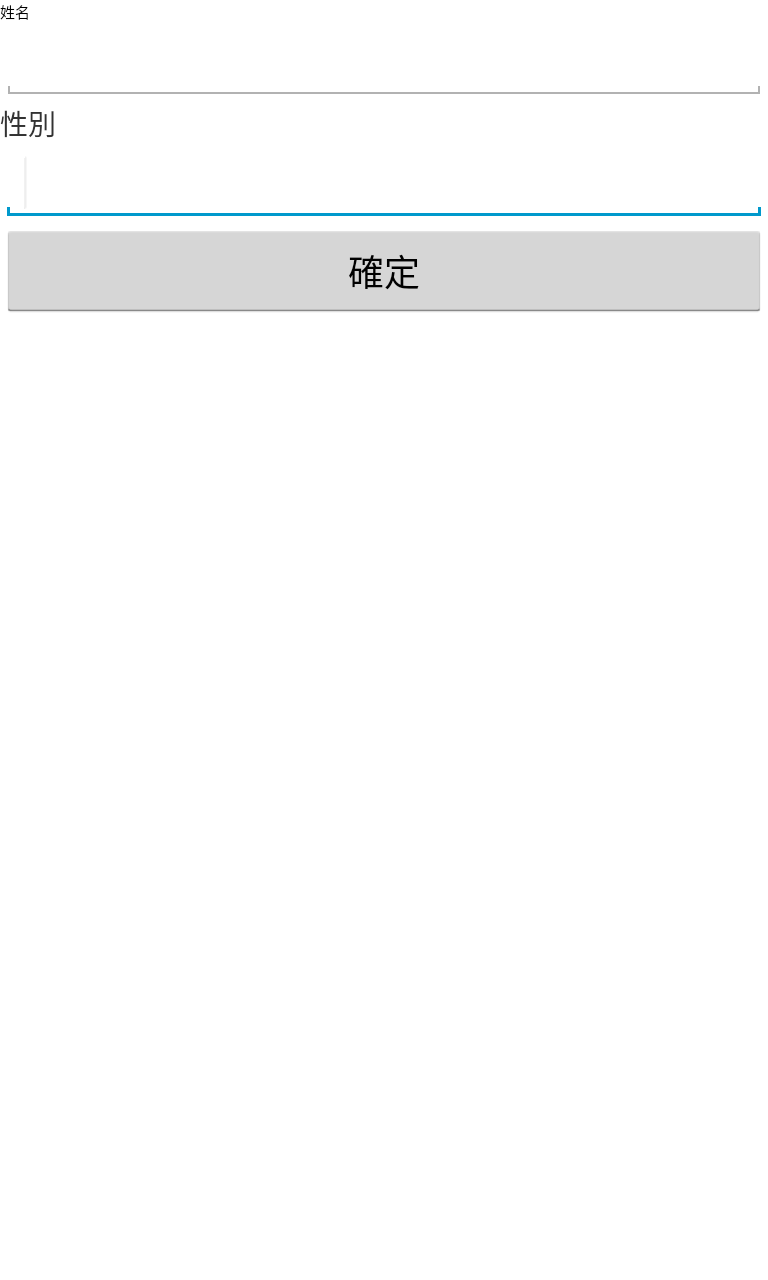
Repository: idarfan/android41
Layout: Ch05app2me/res/layout/activity_main.xml
An editor plug-in stored every save of this project. The layout is shown before and after the next save, followed by the edit.
It is drawn on a 768 x 1280 px phone screen (xhdpi) without system bars, with theme AppTheme; the app's code is not run.

Above is the layout before, as saved 2012-07-18 06:22:06.

After the next save:
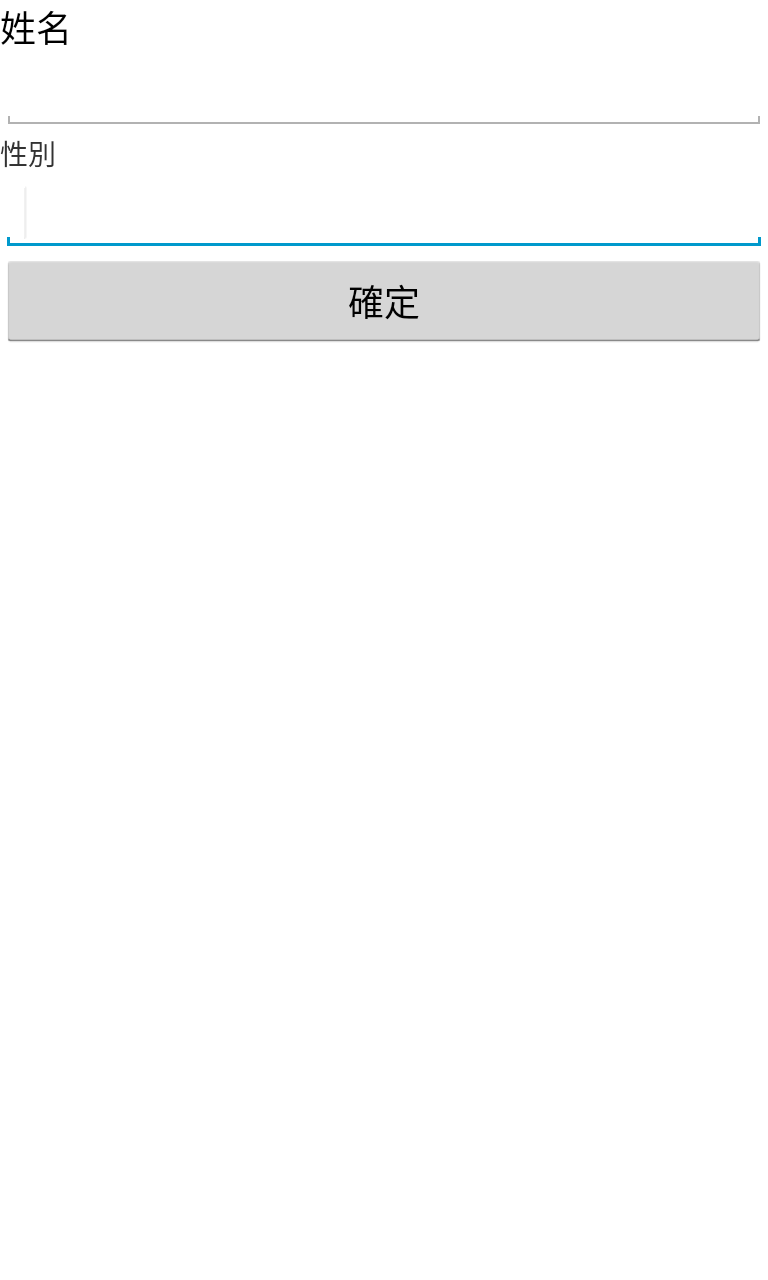
Saved 7 min 15 s later.
--- a/Ch05app2me/res/layout/activity_main.xml
+++ b/Ch05app2me/res/layout/activity_main.xml
@@ -9,7 +9,7 @@
         android:layout_width="match_parent"
         android:layout_height="wrap_content"
         android:text="@string/tvPtName"
-        android:textAppearance="?android:attr/textApperanceMedium" />
+        android:textAppearance="?android:attr/textAppearanceMedium" />
 
     <EditText
         android:id="@+id/etIdName"
